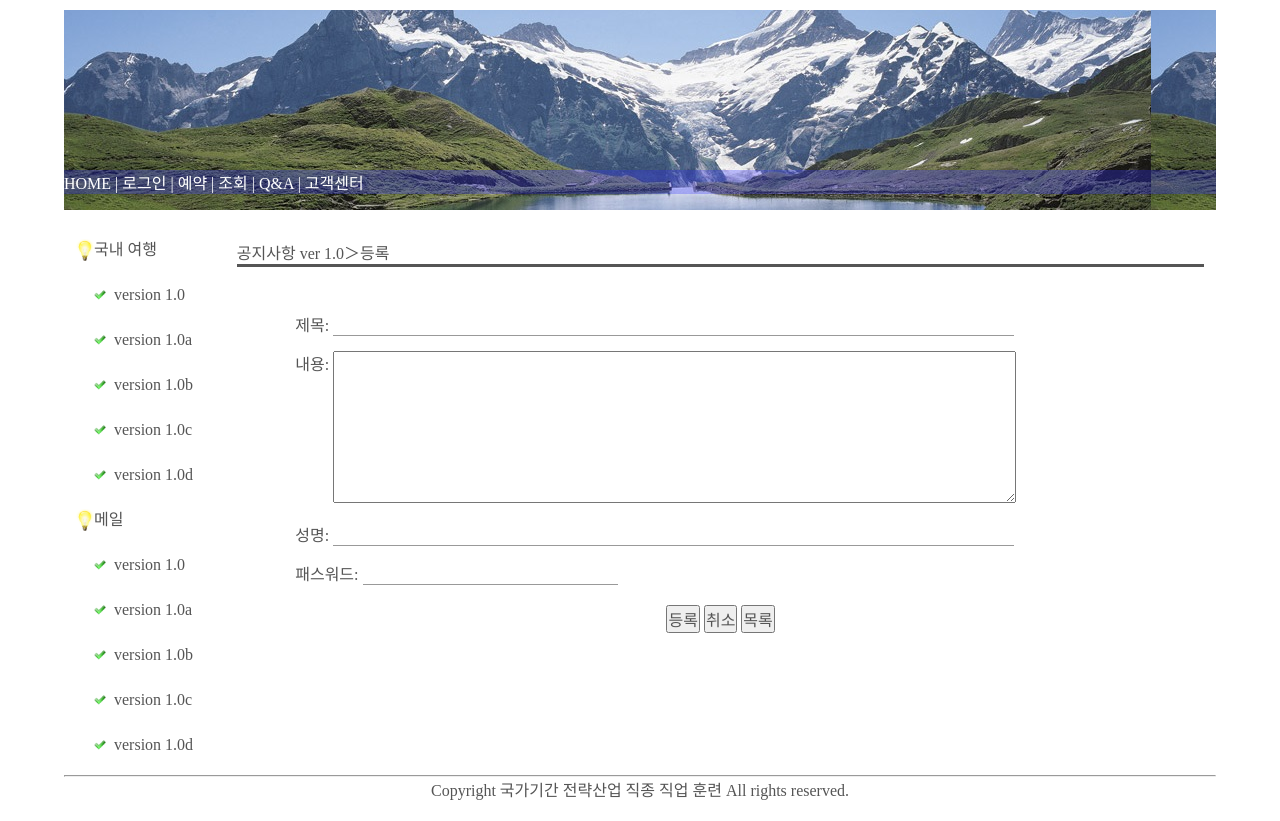
Repository: jangky000/ai_web
Page: http://localhost/blog_v2jc/mail_app/create_form.jsp
An editor plug-in stored every save of this project. The page is shown before and after the next save, followed by the edit.
The browser window is 1280 px wide. The pictures show the whole page.
The page is served by Tomcat 9.

Above is the page before, as saved 2020-03-27 05:43:58.

After the next save:
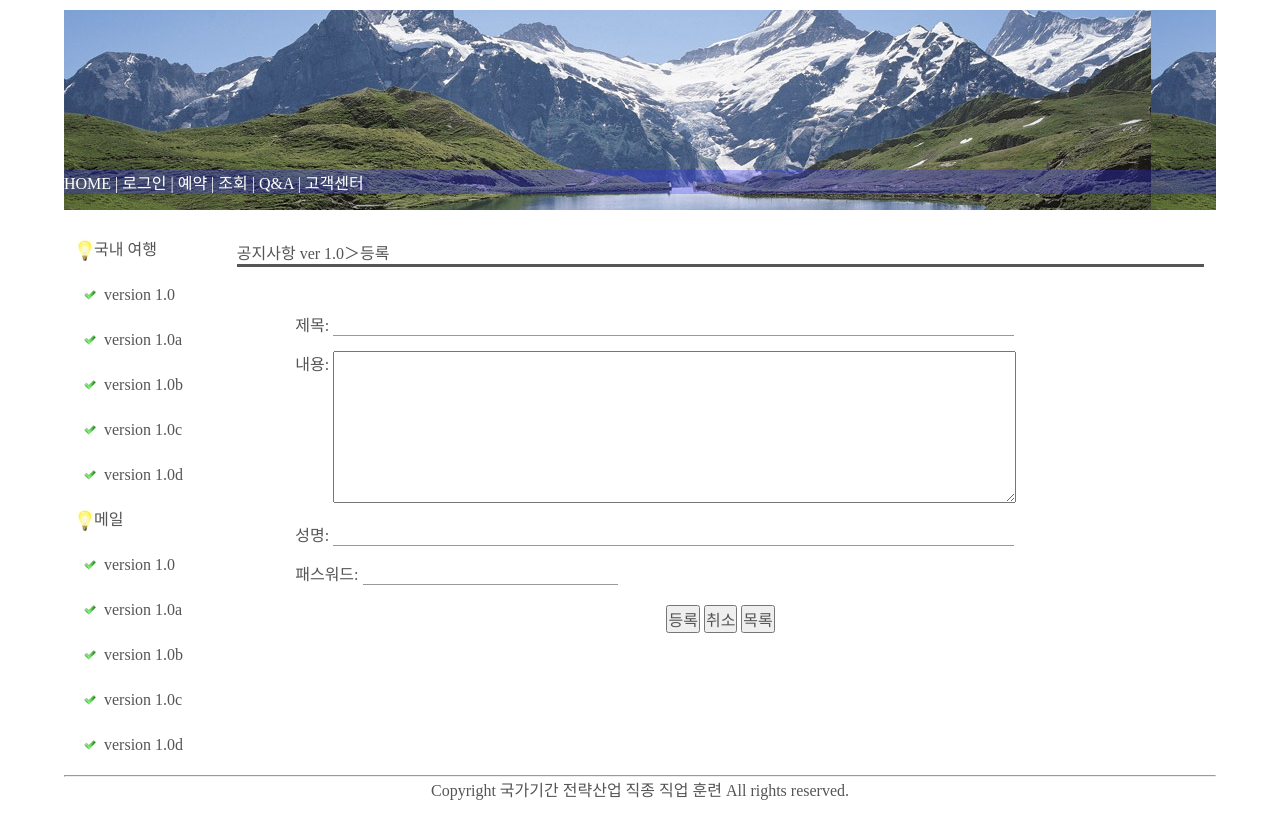
Saved 10 s later.
--- a/ws__frame/blog_v2jc/WebContent/css/style.css
+++ b/ws__frame/blog_v2jc/WebContent/css/style.css
@@ -230,7 +230,7 @@
     margin: 15px 10px;
     background: url(./images/li_left_menu_2.png) left center no-repeat; /* url 왼쪽 중간 반복x */
     background-size: 12px;
-    margin-left: 30px;
+    margin-left: 20px;
     padding-left: 20px;
     line-height: 30px;
   }
